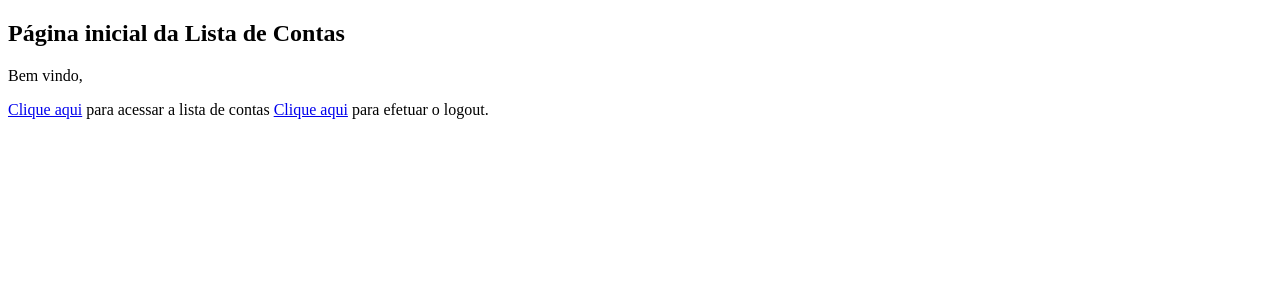
Repository: jjduarte/treinamento
Page: http://localhost/contas/WEB-INF/views/menu.jsp
These files come from the project's save history. The page is drawn as it stood at one moment and after the next save; the edit follows.
The browser window is 1280 px wide. The pictures show the whole page.
The page is served by Tomcat 9. Nobody is signed in. Other server files are loaded and not shown. The template is opened directly, without the code that normally fills it, so the values that code supplies are empty.

Above is the page before, as saved 2015-03-06 21:12:40.

### contas/WebContent/WEB-INF/views/menu.jsp
<%@ page language="java" contentType="text/html; charset=UTF-8"
    pageEncoding="UTF-8"%>
<!DOCTYPE html PUBLIC "-//W3C//DTD HTML 4.01 Transitional//EN" "http://www.w3.org/TR/html4/loose.dtd">
<html>
<head>
<meta http-equiv="Content-Type" content="text/html; charset=UTF-8">
<title>Menu de Contas</title>
</head>
<body>
<h2>Página inicial da Lista de Contas</h2>
<p>Bem vindo, ${usuarioLogado.login}</p>
<a href="listaContas">Clique aqui</a> para acessar a lista de contas
<a href="efetuaLogout">Clique aqui</a> para efetuar o logout.
</body>
</html>

After the next save:
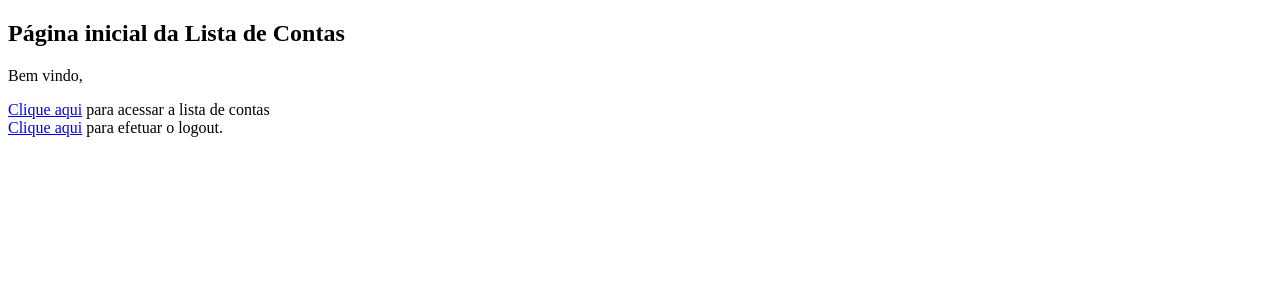
Saved 65 s later.
--- a/contas/WebContent/WEB-INF/views/menu.jsp
+++ b/contas/WebContent/WEB-INF/views/menu.jsp
@@ -9,7 +9,7 @@
 <body>
 <h2>Página inicial da Lista de Contas</h2>
 <p>Bem vindo, ${usuarioLogado.login}</p>
-<a href="listaContas">Clique aqui</a> para acessar a lista de contas
+<a href="listaContas">Clique aqui</a> para acessar a lista de contas <br/>
 <a href="efetuaLogout">Clique aqui</a> para efetuar o logout.
 </body>
 </html>
